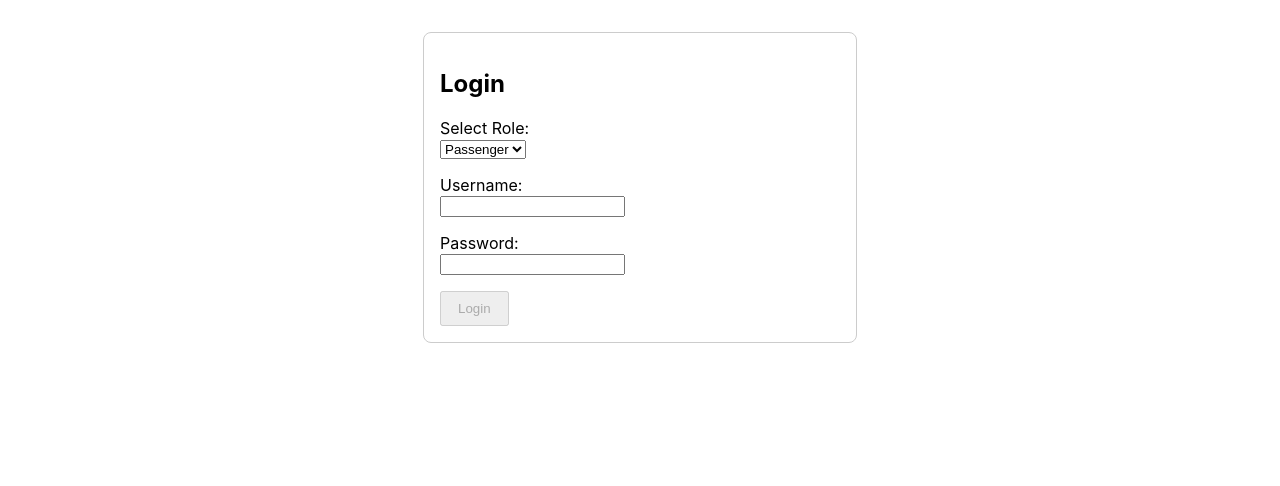
Repository: Shenes35/Booking-system
Page: /passenger (app in frontend/)
These files come from the project's save history. The page is drawn as it stood at one moment and after the next save; the edit follows.
The browser window is 1280 px wide. The pictures show the whole page.
The project was rebuilt for these pictures with package versions that can differ from the ones it lists, and the page was loaded fresh each time. Also part of the build but not shown: frontend/src/components/ErrorBoundary.jsx.

Above is the page before, as saved 2025-05-19 19:56:32.

After the next save:
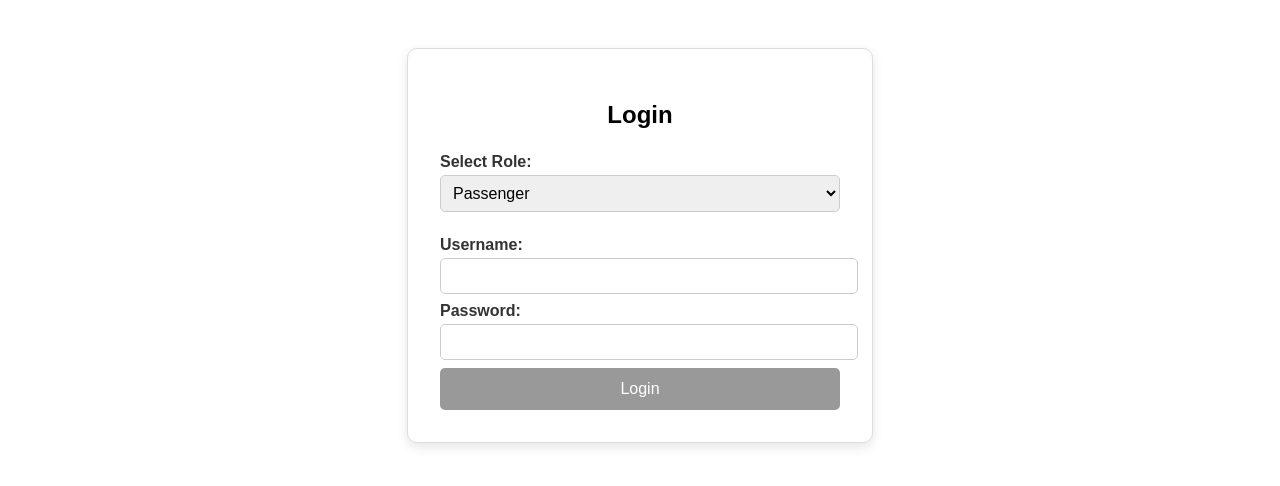
Saved 4 min 10 s later.
--- a/frontend/src/components/LoginPage.jsx
+++ b/frontend/src/components/LoginPage.jsx
@@ -26,22 +26,73 @@ const LoginPage = () => {
     }
     setErrors({});
     login(role, username);
-    setPassword(''); // clear password field for security
-
+    setPassword('');
     if (role === 'admin') navigate('/admin');
     else navigate('/passenger');
   };
 
+  const containerStyle = {
+    maxWidth: '400px',
+    margin: '3rem auto',
+    padding: '2rem',
+    border: '1px solid #ddd',
+    borderRadius: '10px',
+    boxShadow: '0 4px 12px rgba(0, 0, 0, 0.1)',
+    backgroundColor: '#fff',
+    fontFamily: 'Arial, sans-serif'
+  };
+
+  const labelStyle = {
+    fontWeight: 'bold',
+    marginBottom: '0.25rem',
+    display: 'block',
+    color: '#333'
+  };
+
+  const inputStyle = {
+    width: '100%',
+    padding: '0.5rem',
+    borderRadius: '5px',
+    border: '1px solid #ccc',
+    marginBottom: '0.5rem',
+    fontSize: '1rem'
+  };
+
+  const errorStyle = {
+    color: 'red',
+    fontSize: '0.875rem',
+    marginBottom: '0.5rem'
+  };
+
+  const buttonStyle = {
+    width: '100%',
+    padding: '0.75rem',
+    backgroundColor: '#007bff',
+    color: '#fff',
+    border: 'none',
+    borderRadius: '5px',
+    fontSize: '1rem',
+    cursor: 'pointer',
+    transition: 'background-color 0.3s ease'
+  };
+
+  const disabledButtonStyle = {
+    ...buttonStyle,
+    backgroundColor: '#999',
+    cursor: 'not-allowed'
+  };
+
   return (
-    <main style={{ maxWidth: '400px', margin: '2rem auto', padding: '1rem', border: '1px solid #ccc', borderRadius: '8px' }}>
-      <h2>Login</h2>
+    <main style={containerStyle}>
+      <h2 style={{ textAlign: 'center', marginBottom: '1.5rem' }}>Login</h2>
       <form onSubmit={handleSubmit} noValidate>
         <div style={{ marginBottom: '1rem' }}>
-          <label htmlFor="role-select">Select Role:</label><br />
+          <label htmlFor="role-select" style={labelStyle}>Select Role:</label>
           <select
             id="role-select"
             value={role}
             onChange={e => setRole(e.target.value)}
+            style={inputStyle}
             aria-label="Select user role"
           >
             <option value="admin">Admin</option>
@@ -49,8 +100,8 @@ const LoginPage = () => {
           </select>
         </div>
 
-        <div style={{ marginBottom: '1rem' }}>
-          <label htmlFor="username">Username:</label><br />
+        <div>
+          <label htmlFor="username" style={labelStyle}>Username:</label>
           <input
             id="username"
             name="username"
@@ -58,17 +109,14 @@ const LoginPage = () => {
             value={username}
             onChange={e => setUsername(e.target.value)}
             autoComplete="username"
+            style={inputStyle}
             aria-describedby="username-error"
           />
-          {errors.username && (
-            <div id="username-error" style={{ color: 'red', fontSize: '0.875rem' }}>
-              {errors.username}
-            </div>
-          )}
+          {errors.username && <div id="username-error" style={errorStyle}>{errors.username}</div>}
         </div>
 
-        <div style={{ marginBottom: '1rem' }}>
-          <label htmlFor="password">Password:</label><br />
+        <div>
+          <label htmlFor="password" style={labelStyle}>Password:</label>
           <input
             id="password"
             name="password"
@@ -76,19 +124,16 @@ const LoginPage = () => {
             value={password}
             onChange={e => setPassword(e.target.value)}
             autoComplete="current-password"
+            style={inputStyle}
             aria-describedby="password-error"
           />
-          {errors.password && (
-            <div id="password-error" style={{ color: 'red', fontSize: '0.875rem' }}>
-              {errors.password}
-            </div>
-          )}
+          {errors.password && <div id="password-error" style={errorStyle}>{errors.password}</div>}
         </div>
 
         <button
           type="submit"
           disabled={!username.trim() || !password.trim()}
-          style={{ padding: '0.5rem 1rem', cursor: 'pointer' }}
+          style={!username.trim() || !password.trim() ? disabledButtonStyle : buttonStyle}
         >
           Login
         </button>
